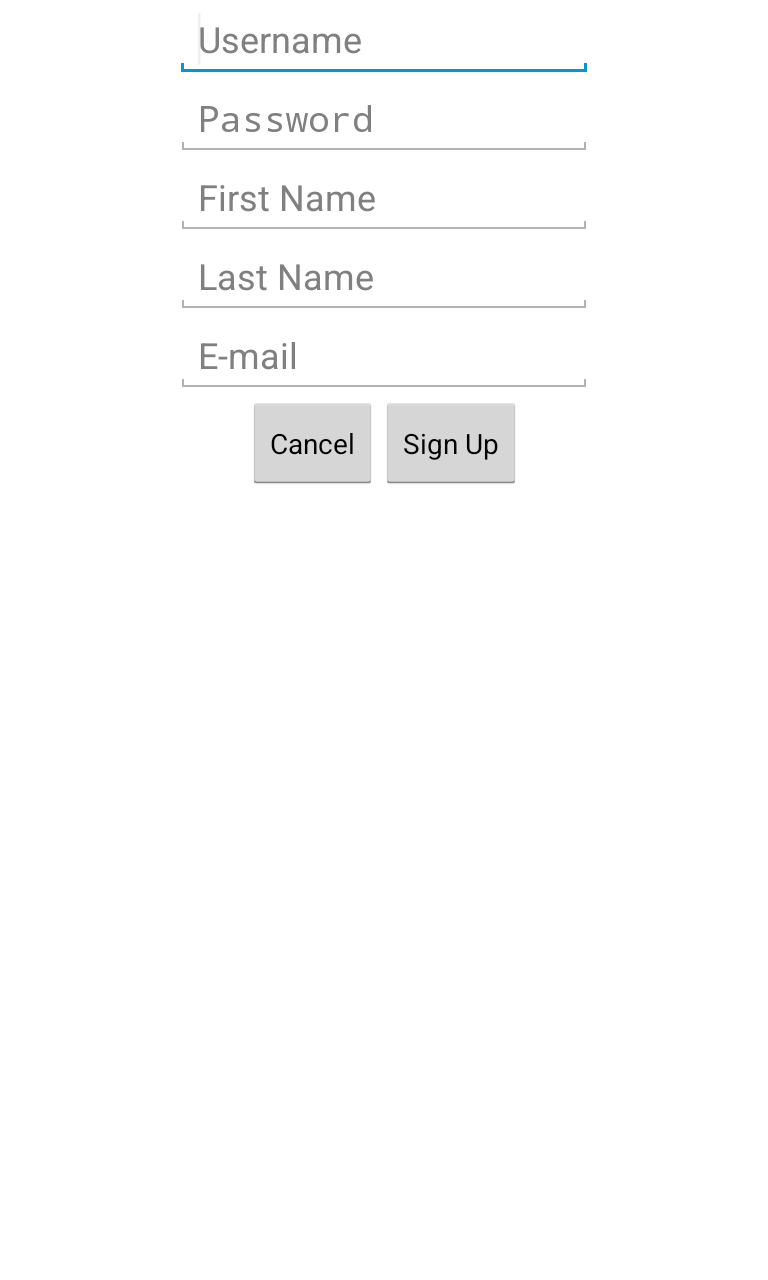
Repository: Dres90/TourngenWS
Layout: APP/Tourngen/res/layout/signup.xml
These files come from the project's save history. The layout is drawn as it stood at one moment and after the next save; the edit follows.
It is drawn on a 768 x 1280 px phone screen (xhdpi) without system bars, with theme AppTheme; the app's code is not run.

Above is the layout before, as saved 2014-04-11 21:54:00.

### APP/Tourngen/res/layout/signup.xml
<?xml version="1.0" encoding="utf-8"?>
<GridLayout xmlns:android="http://schemas.android.com/apk/res/android"
    android:layout_width="match_parent"
    android:layout_height="match_parent"
    android:layout_gravity="top|center_horizontal"
    android:columnCount="1" >

    <EditText
        android:id="@+id/signup_user"
        android:layout_column="0"
        android:layout_gravity="center_horizontal|top"
        android:layout_row="0"
        android:ems="10"
        android:hint="@string/username" >

        <requestFocus />
    </EditText>

    <EditText
        android:id="@+id/signup_pass"
        android:layout_column="0"
        android:layout_gravity="center_horizontal|top"
        android:layout_row="1"
        android:ems="10"
        android:hint="@string/password"
        android:inputType="textPassword" />

    <EditText
        android:id="@+id/signup_name"
        android:layout_column="0"
        android:layout_gravity="center_horizontal|top"
        android:layout_row="2"
        android:ems="10"
        android:hint="@string/first_name"
        android:inputType="textPersonName" />

    <EditText
        android:id="@+id/signup_lastname"
        android:layout_column="0"
        android:layout_gravity="center_horizontal|top"
        android:layout_row="3"
        android:ems="10"
        android:hint="@string/last_name"
        android:inputType="textPersonName" />

    <EditText
        android:id="@+id/signup_email"
        android:layout_column="0"
        android:layout_gravity="center_horizontal|top"
        android:layout_row="4"
        android:ems="10"
        android:hint="@string/e_mail"
        android:inputType="textEmailAddress" />

    <LinearLayout
        android:layout_column="0"
        android:layout_gravity="top|center_horizontal"
        android:layout_row="5" >

        <Button
            android:id="@+id/signup_cancel"
            style="?android:attr/buttonStyleSmall"
            android:layout_width="wrap_content"
            android:layout_height="wrap_content"
            android:text="@android:string/cancel" />

        <Button
            android:id="@+id/signup_confirm"
            style="?android:attr/buttonStyleSmall"
            android:layout_width="wrap_content"
            android:layout_height="wrap_content"
            android:text="@string/sign_up" />

    </LinearLayout>

</GridLayout>

### APP/Tourngen/res/values/strings.xml
<?xml version="1.0" encoding="utf-8"?>
<resources>

    <string name="app_name">Tourngen</string>
    <string name="hello_world">Hello world!</string>
    <string name="action_settings">Settings</string>
    <string name="log_in">Log in</string>
    <string name="sign_up">Sign Up</string>
    <string name="username">Username</string>
    <string name="password">Password</string>
    <string name="log_out">Log Out</string>
    <string name="sync">Synchronize</string>
    <string name="first_name">First Name</string>
    <string name="last_name">Last Name</string>
    <string name="e_mail">E-mail</string>
    <string name="new_tournament">New Tournament</string>

</resources>

Loaded but not shown: APP/Tourngen/res/values/styles.xml (common file); APP/Tourngen/res/values-v11/styles.xml (common file); APP/Tourngen/res/values-v14/styles.xml (common file)

After the next save:
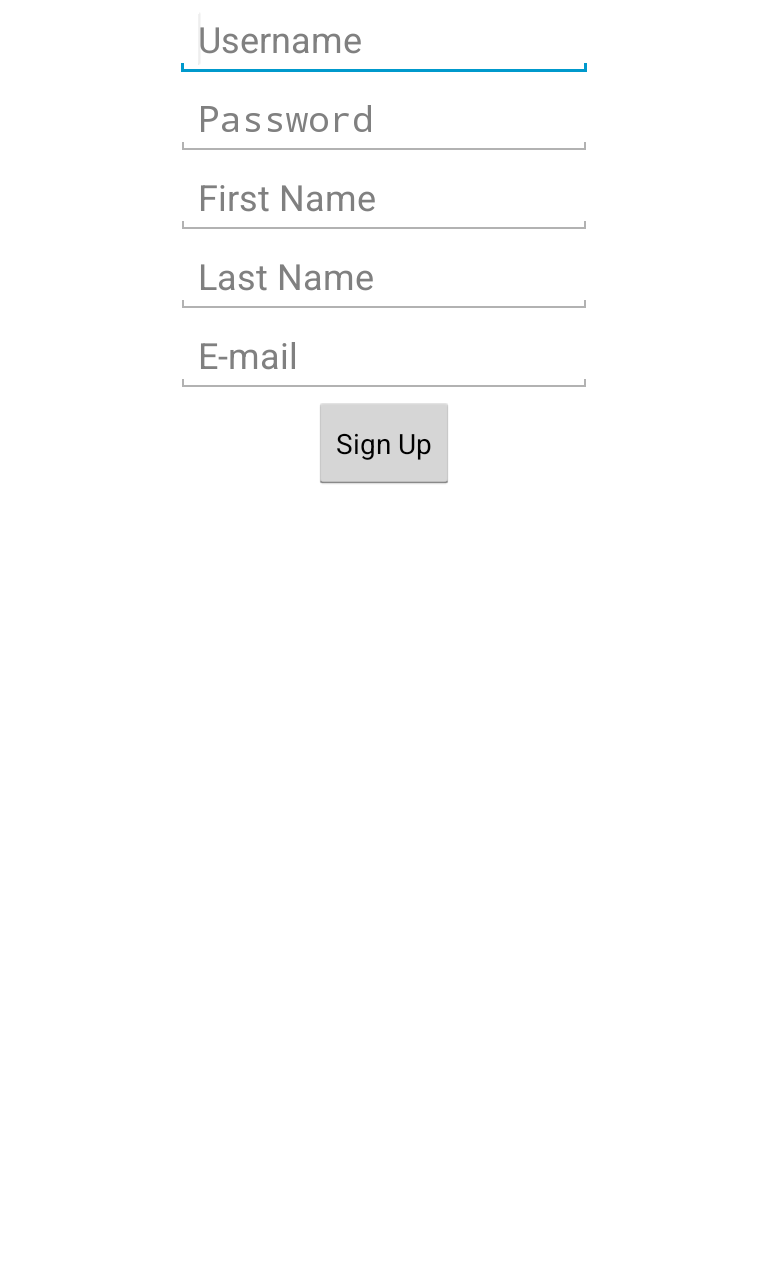
Saved 45 s later.
--- a/APP/Tourngen/res/layout/signup.xml
+++ b/APP/Tourngen/res/layout/signup.xml
@@ -58,13 +58,6 @@
         android:layout_row="5" >
 
         <Button
-            android:id="@+id/signup_cancel"
-            style="?android:attr/buttonStyleSmall"
-            android:layout_width="wrap_content"
-            android:layout_height="wrap_content"
-            android:text="@android:string/cancel" />
-
-        <Button
             android:id="@+id/signup_confirm"
             style="?android:attr/buttonStyleSmall"
             android:layout_width="wrap_content"
